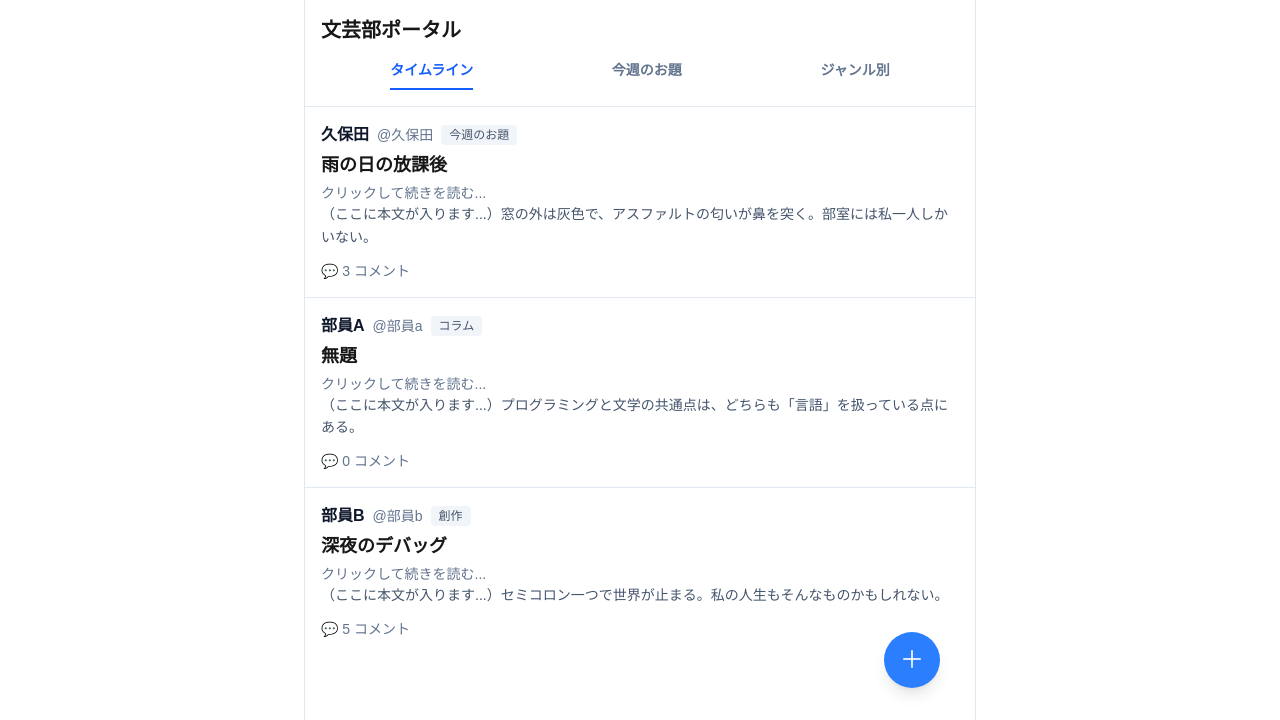
Repository: P-man2976/Literary-club-app
Page: /
An editor plug-in stored every save of this project. The page is shown before and after a run of saves, followed by the edit.
The browser window is 1280 px wide. The pictures show the whole page.
The project was rebuilt for these pictures with package versions that can differ from the ones it lists, and the page was loaded fresh each time. The framework's server and built-in components were replaced by stand-ins that run in the browser. Also part of the build but not shown: next.config.ts.

Above is the page before, as saved 2026-01-31 11:10:52.

### app/page.tsx
"use client"; // クライアントサイドでの動き（クリックなど）がある場合に必要です

import { useState } from "react";

export default function Home() {
  // 現在開いている投稿のIDを記録する「State」
  // nullなら何も開いていない、数字が入っていればそのIDの投稿が開いている
  const [openPostId, setOpenPostId] = useState<number | null>(null);

  // 仮の投稿データ（後でデータベースと繋ぎます）
  const posts = [
    { id: 1, author: "久保田", title: "雨の日の放課後", body: "（ここに本文が入ります...）窓の外は灰色で、アスファルトの匂いが鼻を突く。部室には私一人しかいない。", comments: 3, tag: "今週のお題" },
    { id: 2, author: "部員A", title: "無題", body: "（ここに本文が入ります...）プログラミングと文学の共通点は、どちらも「言語」を扱っている点にある。", comments: 0, tag: "コラム" },
    { id: 3, author: "部員B", title: "深夜のデバッグ", body: "（ここに本文が入ります...）セミコロン一つで世界が止まる。私の人生もそんなものかもしれない。", comments: 5, tag: "創作" },
  ];

  const togglePost = (id: number) => {
    // すでに開いているIDをもう一度クリックしたら閉じる(nullにする)
    setOpenPostId(openPostId === id ? null : id);
  };

  return (
    <main className="min-h-screen bg-white max-w-2xl mx-auto border-x border-slate-200">
      {/* ヘッダー */}
      <header className="sticky top-0 bg-white/80 backdrop-blur-md border-b border-slate-200 p-4">
        <h1 className="text-xl font-bold">文芸部ポータル</h1>
        {/* タブ切り替え（Twitter風） */}
        <div className="flex mt-4 justify-around text-sm font-bold text-slate-500">
          <div className="text-blue-600 border-b-2 border-blue-600 pb-2 cursor-pointer">タイムライン</div>
          <div className="hover:text-slate-900 cursor-pointer">今週のお題</div>
          <div className="hover:text-slate-900 cursor-pointer">ジャンル別</div>
        </div>
      </header>

      {/* 投稿一覧（タイムライン） */}
      <div className="divide-y divide-slate-200">
        {posts.map((post) => (
          <article key={post.id} className="p-4 hover:bg-slate-50 transition cursor-pointer" onClick={() => togglePost(post.id)}>
            <div className="flex items-center gap-2 mb-1">
              <span className="font-bold text-slate-900">{post.author}</span>
              <span className="text-sm text-slate-500">@{post.author.toLowerCase()}</span>
              <span className="text-xs bg-slate-100 px-2 py-0.5 rounded text-slate-600">{post.tag}</span>
            </div>
            <h2 className="text-lg font-bold mb-1">{post.title}</h2>
            {/* 🔽 Stateによって表示を切り替える部分 */}
            {openPostId === post.id ? (
              <div className="mt-4 p-4 bg-slate-100 rounded-lg border-l-4 border-blue-500 animate-in fade-in duration-300">
                <p className="text-slate-800 whitespace-pre-wrap leading-relaxed">
                  {post.body}
                  {"\n\n"}(長い文章がここに流し込まれるイメージです...)
                </p>
                <div className="mt-4 pt-4 border-t border-slate-300">
                  <p className="text-sm font-bold text-slate-500 mb-2">💬 コメント</p>
                  <input
                    type="text"
                    placeholder="匿名でコメントする..."
                    className="w-full p-2 text-sm border rounded"
                    onClick={(e) => e.stopPropagation()} // 入力欄クリックで閉じないように
                  />
                </div>
              </div>
            ) : (
              <p className="text-slate-500 line-clamp-1 text-sm">
                クリックして続きを読む...
              </p>
            )}
            <p className="text-slate-600 line-clamp-3 text-sm leading-relaxed">
              {post.body}
            </p>
            <div className="mt-3 text-sm text-slate-500 flex gap-4">
              <span>💬 {post.comments} コメント</span>

            </div>
          </article>
        ))}
      </div>

      {/* 投稿ボタン（右下に固定） */}
      <button className="fixed bottom-8 right-[calc(50%-300px)] w-14 h-14 bg-blue-500 text-white rounded-full shadow-lg flex items-center justify-center text-2xl hover:bg-blue-600">
        ＋
      </button>
    </main>
  );
}

Loaded but not shown: app/layout.tsx (common file); app/globals.css (common file)

After the next 2 saves:
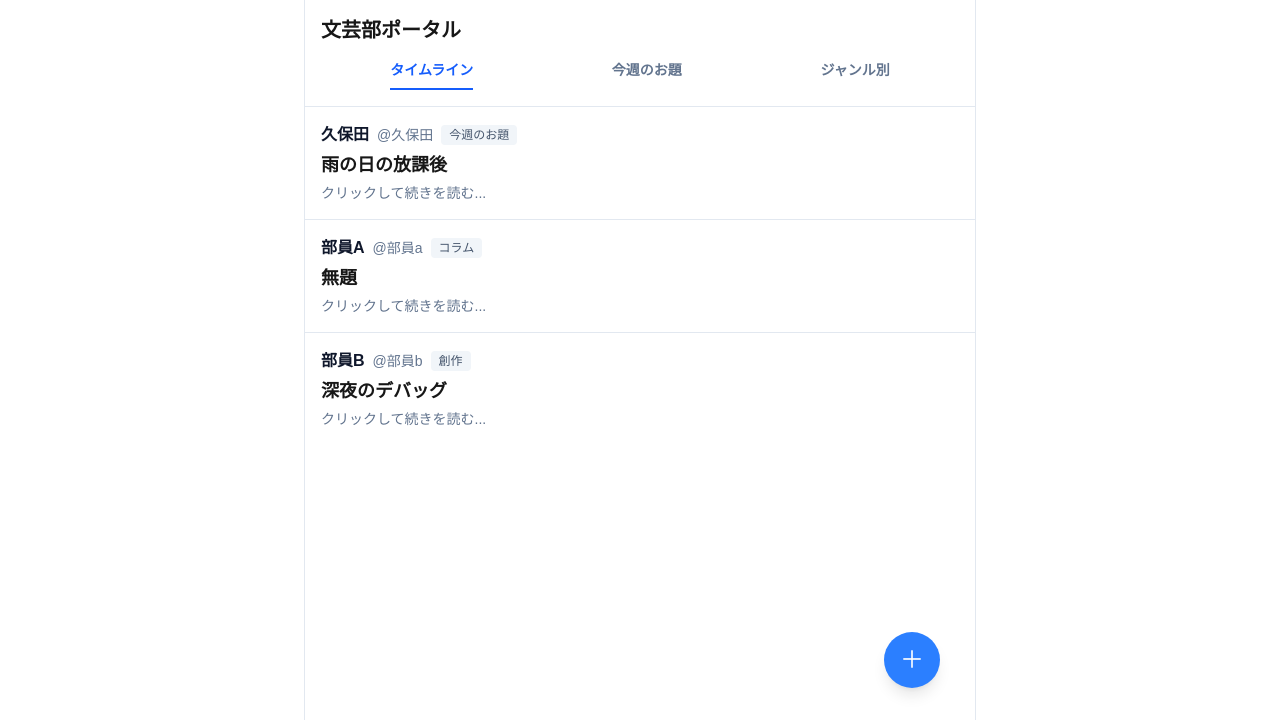
The 2 saves are shown as one change because they came seconds apart.
The last was saved 9 s later.
--- a/app/page.tsx
+++ b/app/page.tsx
@@ -50,6 +50,7 @@ export default function Home() {
                   {"\n\n"}(長い文章がここに流し込まれるイメージです...)
                 </p>
                 <div className="mt-4 pt-4 border-t border-slate-300">
+                  <span>👍いいね</span>
                   <p className="text-sm font-bold text-slate-500 mb-2">💬 コメント</p>
                   <input
                     type="text"
@@ -64,13 +65,6 @@ export default function Home() {
                 クリックして続きを読む...
               </p>
             )}
-            <p className="text-slate-600 line-clamp-3 text-sm leading-relaxed">
-              {post.body}
-            </p>
-            <div className="mt-3 text-sm text-slate-500 flex gap-4">
-              <span>💬 {post.comments} コメント</span>
-
-            </div>
           </article>
         ))}
       </div>
